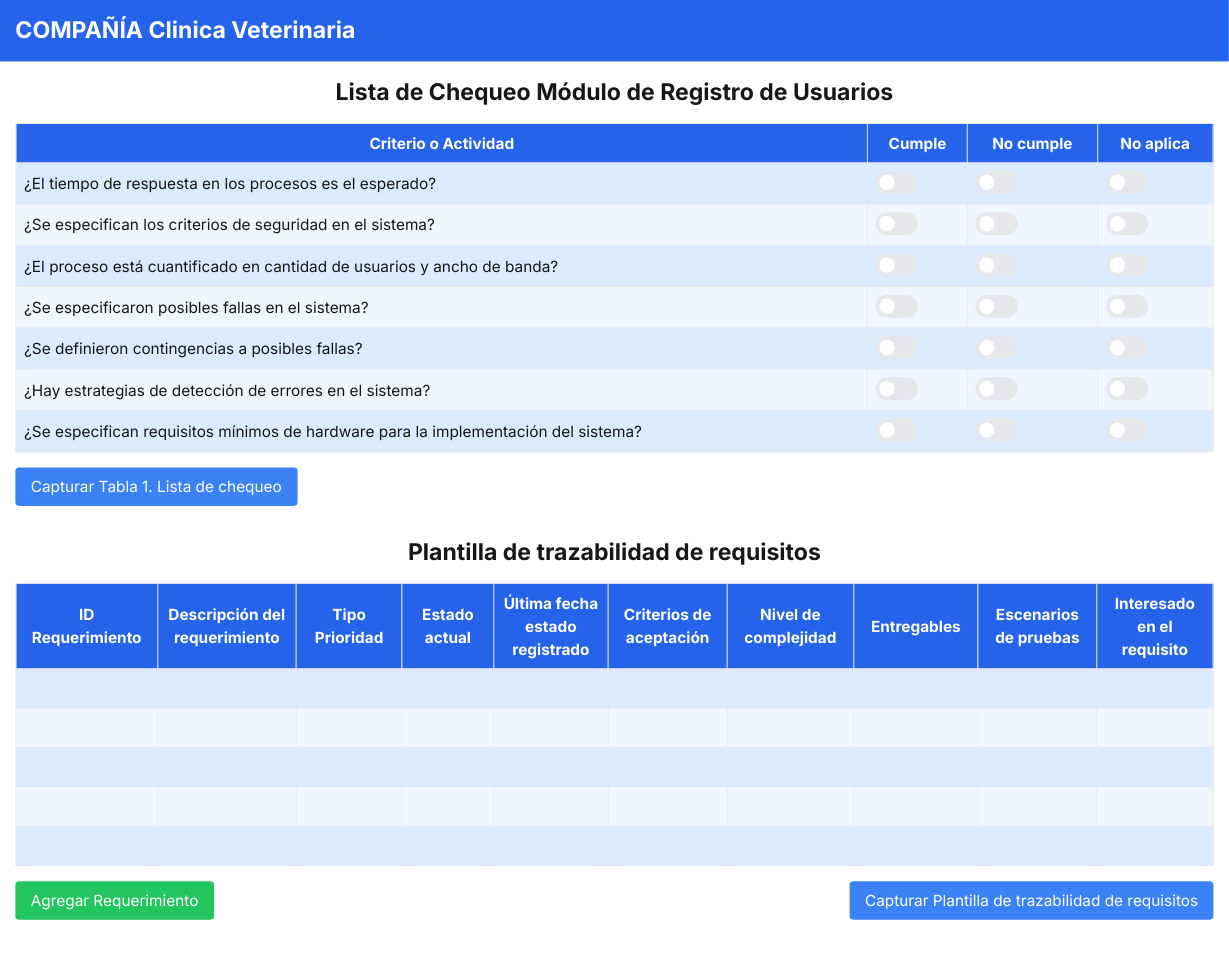
Repository: CiroAlfa/lista-de-Chequeo
Page: /
The author's editor kept a copy of each file at every save. The page is drawn from the files as they stood at one save, then again after the next save.
The browser window is 1280 px wide. The pictures show the whole page, at 96% of full size.
The project was rebuilt for these pictures with package versions that can differ from the ones it lists, and the page was loaded fresh each time. The framework's server and built-in components were replaced by stand-ins that run in the browser. Also part of the build but not shown: next.config.mjs.

Above is the page before, as saved 2024-09-27 12:36:51.

### src/app/layout.tsx
import './globals.css'
import type { Metadata } from 'next'
import { Inter } from 'next/font/google'

const inter = Inter({ subsets: ['latin'] })

export const metadata: Metadata = {
  title: 'Checklist App - Clinica Veterinaria',
  description: 'Aplicación de chequeo y trazabilidad de requisitos',
}

export default function RootLayout({
  children,
}: {
  children: React.ReactNode
}) {
  return (
    <html lang="es">
      <body className={inter.className}>
        <header className="bg-blue-600 text-white p-4">
          <h1 className="text-2xl font-bold">COMPAÑÍA Clinica Veterinaria</h1>
        </header>
        {children}
      </body>
    </html>
  )
}

### src/app/page.tsx
'use client'

import { useState } from 'react'
import { Switch } from '@headlessui/react'
import html2canvas from 'html2canvas'

interface ChecklistItem {
  id: number
  criteria: string
  cumple: boolean
  noCumple: boolean
  noAplica: boolean
}

interface RequirementItem {
  id: string
  description: string
  priority: string
  status: string
  lastUpdated: string
  acceptanceCriteria: string
  complexity: string
  deliverables: string
  testScenarios: string
  stakeholder: string
}

const initialChecklist: ChecklistItem[] = [
  { id: 1, criteria: '¿El tiempo de respuesta en los procesos es el esperado?', cumple: false, noCumple: false, noAplica: false },
  { id: 2, criteria: '¿Se especifican los criterios de seguridad en el sistema?', cumple: false, noCumple: false, noAplica: false },
  { id: 3, criteria: '¿El proceso está cuantificado en cantidad de usuarios y ancho de banda?', cumple: false, noCumple: false, noAplica: false },
  { id: 4, criteria: '¿Se especificaron posibles fallas en el sistema?', cumple: false, noCumple: false, noAplica: false },
  { id: 5, criteria: '¿Se definieron contingencias a posibles fallas?', cumple: false, noCumple: false, noAplica: false },
  { id: 6, criteria: '¿Hay estrategias de detección de errores en el sistema?', cumple: false, noCumple: false, noAplica: false },
  { id: 7, criteria: '¿Se especifican requisitos mínimos de hardware para la implementación del sistema?', cumple: false, noCumple: false, noAplica: false },
]

const initialRequirements: RequirementItem[] = Array(5).fill(null).map((_, index) => ({
  id: ``,
  description: '',
  priority: '',
  status: '',
  lastUpdated: '',
  acceptanceCriteria: '',
  complexity: '',
  deliverables: '',
  testScenarios: '',
  stakeholder: '',
}))

export default function Home() {
  const [checklist, setChecklist] = useState<ChecklistItem[]>(initialChecklist)
  const [requirements, setRequirements] = useState<RequirementItem[]>(initialRequirements)

  const handleChecklistChange = (id: number, field: 'cumple' | 'noCumple' | 'noAplica') => {
    setChecklist(checklist.map(item => {
      if (item.id === id) {
        const newItem = { ...item, [field]: !item[field] }
        if (newItem[field]) {
          newItem.cumple = field === 'cumple'
          newItem.noCumple = field === 'noCumple'
          newItem.noAplica = field === 'noAplica'
        }
        return newItem
      }
      return item
    }))
  }

  const handleRequirementChange = (id: string, field: keyof RequirementItem, value: string) => {
    setRequirements(requirements.map(item =>
      item.id === id ? { ...item, [field]: value } : item
    ))
  }

  const addRequirement = () => {
    const newId = `REQ00${requirements.length + 1}`
    setRequirements([...requirements, {
      id: newId,
      description: '',
      priority: '',
      status: '',
      lastUpdated: '',
      acceptanceCriteria: '',
      complexity: '',
      deliverables: '',
      testScenarios: '',
      stakeholder: '',
    }])
  }

  const captureScreenshot = async (elementId: string, fileName: string) => {
    const element = document.getElementById(elementId)
    if (element) {
      const canvas = await html2canvas(element)
      const image = canvas.toDataURL('image/png')
      const link = document.createElement('a')
      link.href = image
      link.download = fileName
      link.click()
    }
  }

  return (
    <main className="container mx-auto p-4">
      <div className="mb-8" id="checklist-table">
        <h2 className="text-2xl font-bold mb-4 text-center">Lista de Chequeo Módulo de Registro de Usuarios</h2>
        <table className="w-full border-collapse">
          <thead>
            <tr className="bg-blue-600 text-white">
              <th className="border p-2">Criterio o Actividad</th>
              <th className="border p-2">Cumple</th>
              <th className="border p-2">No cumple</th>
              <th className="border p-2">No aplica</th>
            </tr>
          </thead>
          <tbody>
            {checklist.map((item, index) => (
              <tr key={item.id} className={index % 2 === 0 ? 'bg-blue-100' : 'bg-blue-50'}>
                <td className="border p-2">{item.criteria}</td>
                <td className="border p-2">
                  <Switch
                    checked={item.cumple}
                    onChange={() => handleChecklistChange(item.id, 'cumple')}
                    className={`${item.cumple ? 'bg-blue-600' : 'bg-gray-200'} relative inline-flex h-6 w-11 items-center rounded-full`}
                  >
                    <span className={`${item.cumple ? 'translate-x-6' : 'translate-x-1'} inline-block h-4 w-4 transform rounded-full bg-white transition`} />
                  </Switch>
                </td>
                <td className="border p-2">
                  <Switch
                    checked={item.noCumple}
                    onChange={() => handleChecklistChange(item.id, 'noCumple')}
                    className={`${item.noCumple ? 'bg-blue-600' : 'bg-gray-200'} relative inline-flex h-6 w-11 items-center rounded-full`}
                  >
                    <span className={`${item.noCumple ? 'translate-x-6' : 'translate-x-1'} inline-block h-4 w-4 transform rounded-full bg-white transition`} />
                  </Switch>
                </td>
                <td className="border p-2">
                  <Switch
                    checked={item.noAplica}
                    onChange={() => handleChecklistChange(item.id, 'noAplica')}
                    className={`${item.noAplica ? 'bg-blue-600' : 'bg-gray-200'} relative inline-flex h-6 w-11 items-center rounded-full`}
                  >
                    <span className={`${item.noAplica ? 'translate-x-6' : 'translate-x-1'} inline-block h-4 w-4 transform rounded-full bg-white transition`} />
                  </Switch>
                </td>
              </tr>
            ))}
          </tbody>
        </table>
        <button
          onClick={() => captureScreenshot('checklist-table', 'lista-de-chequeo.png')}
          className="mt-4 bg-blue-500 text-white px-4 py-2 rounded hover:bg-blue-600 transition-colors"
        >
          Capturar Tabla 1. Lista de chequeo
        </button>
      </div>

      <div className="mb-8" id="requirements-table">
        <h2 className="text-2xl font-bold mb-4 text-center">Plantilla de trazabilidad de requisitos</h2>
        <table className="w-full border-collapse">
          <thead>
            <tr className="bg-blue-600 text-white">
              <th className="border p-2">ID Requerimiento</th>
              <th className="border p-2">Descripción del requerimiento</th>
              <th className="border p-2">Tipo Prioridad</th>
              <th className="border p-2">Estado actual</th>
              <th className="border p-2">Última fecha estado registrado</th>
              <th className="border p-2">Criterios de aceptación</th>
              <th className="border p-2">Nivel de complejidad</th>
              <th className="border p-2">Entregables</th>
              <th className="border p-2">Escenarios de pruebas</th>
              <th className="border p-2">Interesado en el requisito</th>
            </tr>
          </thead>
          <tbody>
            {requirements.map((item, index) => (
              <tr key={index} className={index % 2 === 0 ? 'bg-blue-100' : 'bg-blue-50'}>
                <td className="border p-2">
                  <input
                    type="text"
                    value={item.id}
                    onChange={(e) => handleRequirementChange(item.id, 'id', e.target.value)}
                    className="w-full bg-transparent"
                  />
                </td>
                <td className="border p-2">
                  <input
                    type="text"
                    value={item.description}
                    onChange={(e) => handleRequirementChange(item.id, 'description', e.target.value)}
                    className="w-full bg-transparent"
                  />
                </td>
                <td className="border p-2">
                  <input
                    type="text"
                    value={item.priority}
                    onChange={(e) => handleRequirementChange(item.id, 'priority', e.target.value)}
                    className="w-full bg-transparent"
                  />
                </td>
                <td className="border p-2">
                  <input
                    type="text"
                    value={item.status}
                    onChange={(e) => handleRequirementChange(item.id, 'status', e.target.value)}
                    className="w-full bg-transparent"
                  />
                </td>
                <td className="border p-2">
                  <input
                    type="text"
                    value={item.lastUpdated}
                    onChange={(e) => handleRequirementChange(item.id, 'lastUpdated', e.target.value)}
                    className="w-full bg-transparent"
                  />
                </td>
                <td className="border p-2">
                  <input
                    type="text"
                    value={item.acceptanceCriteria}
                    onChange={(e) => handleRequirementChange(item.id, 'acceptanceCriteria', e.target.value)}
                    className="w-full bg-transparent"
                  />
                </td>
                <td className="border p-2">
                  <input
                    type="text"
                    value={item.complexity}
                    onChange={(e) => handleRequirementChange(item.id, 'complexity', e.target.value)}
                    className="w-full bg-transparent"
                  />
                </td>
                <td className="border p-2">
                  <input
                    type="text"
                    value={item.deliverables}
                    onChange={(e) => handleRequirementChange(item.id, 'deliverables', e.target.value)}
                    className="w-full bg-transparent"
                  />
                </td>
                <td className="border p-2">
                  <input
                    type="text"
                    value={item.testScenarios}
                    onChange={(e) => handleRequirementChange(item.id, 'testScenarios', e.target.value)}
                    className="w-full bg-transparent"
                  />
                </td>
                <td className="border p-2">
                  <input
                    type="text"
                    value={item.stakeholder}
                    onChange={(e) => handleRequirementChange(item.id, 'stakeholder', e.target.value)}
                    className="w-full bg-transparent"
                  />
                </td>
              </tr>
            ))}
          </tbody>
        </table>
        <div className="mt-4 flex justify-between">
          <button
            onClick={addRequirement}
            className="bg-green-500 text-white px-4 py-2 rounded hover:bg-green-600 transition-colors"
          >
            Agregar Requerimiento
          </button>
          <button
            onClick={() => captureScreenshot('requirements-table', 'plantilla-trazabilidad-requisitos.png')}
            className="bg-blue-500 text-white px-4 py-2 rounded hover:bg-blue-600 transition-colors"
          >
            Capturar Plantilla de trazabilidad de requisitos
          </button>
        </div>
      </div>
    </main>
  )
}

Loaded but not shown: src/app/globals.css (common file); tailwind.config.ts (common file)

After the next save:
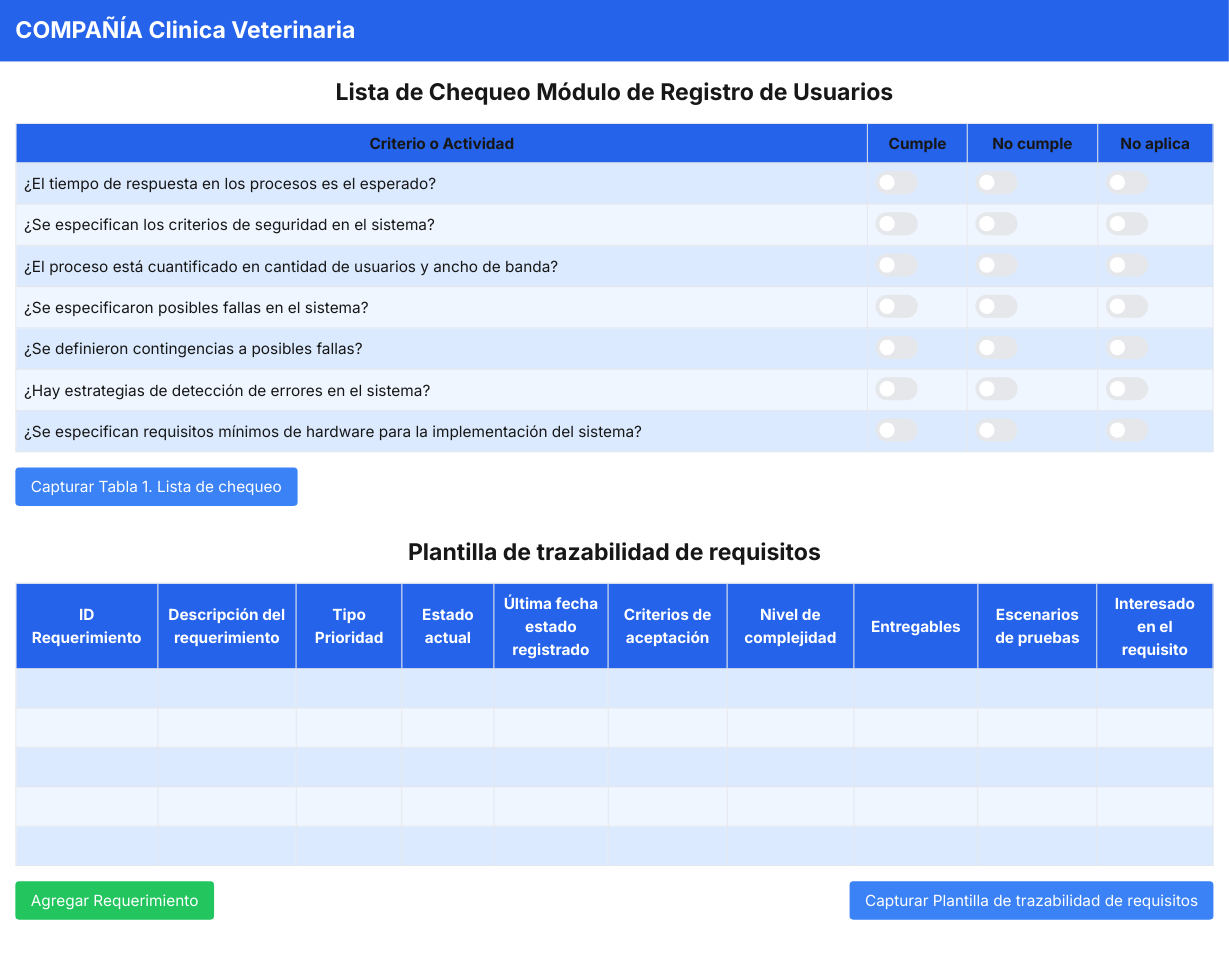
Saved 4 min 13 s later.
--- a/src/app/page.tsx
+++ b/src/app/page.tsx
@@ -107,7 +107,7 @@
         <h2 className="text-2xl font-bold mb-4 text-center">Lista de Chequeo Módulo de Registro de Usuarios</h2>
         <table className="w-full border-collapse">
           <thead>
-            <tr className="bg-blue-600 text-white">
+            <tr className="bg-blue-600 text-red">
               <th className="border p-2">Criterio o Actividad</th>
               <th className="border p-2">Cumple</th>
               <th className="border p-2">No cumple</th>
